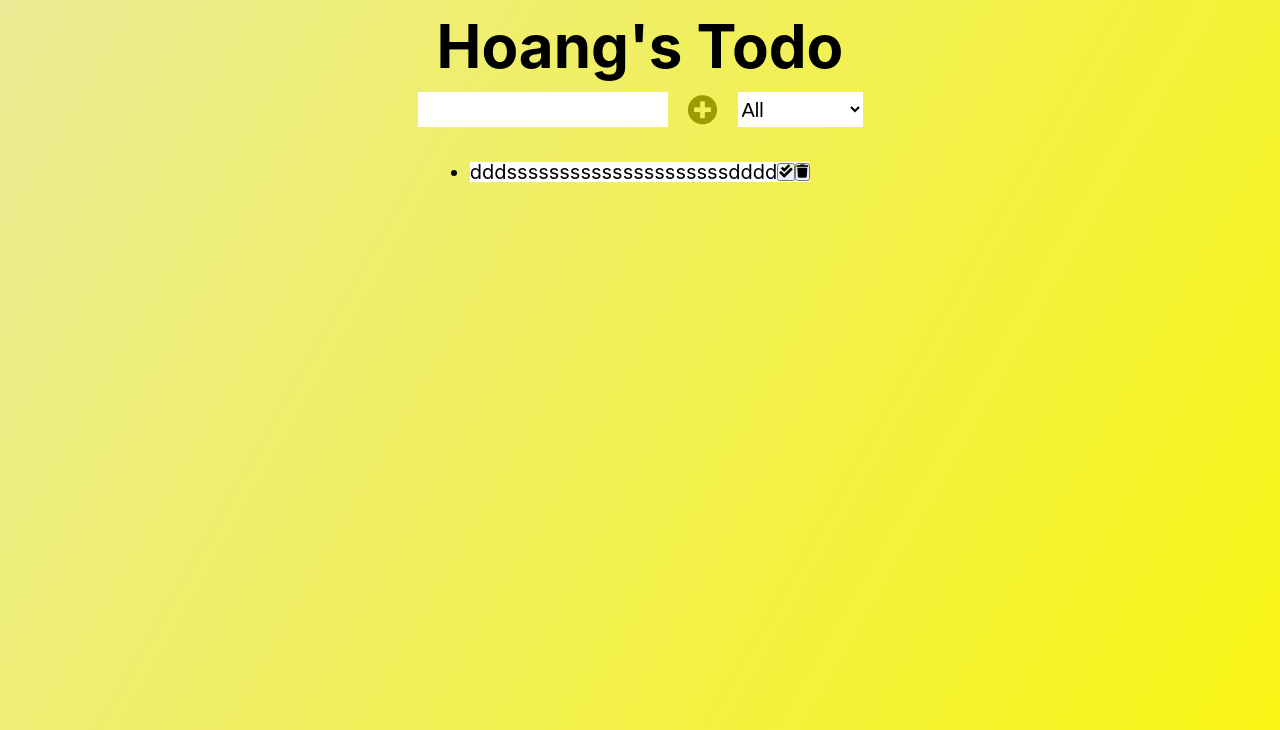
Repository: DinhHoang0607/TodoReact
Page: /
These files come from the project's save history. The page is drawn as it stood at one moment and after a run of saves; the edit follows.
The browser window is 1280 px wide. The pictures show the whole page.
Some web libraries are served in a nearby version. The project was rebuilt for these pictures with package versions that can differ from the ones it lists, and the page was loaded fresh each time.

Above is the page before, as saved 2021-09-11 21:25:23.

After the next 2 saves:
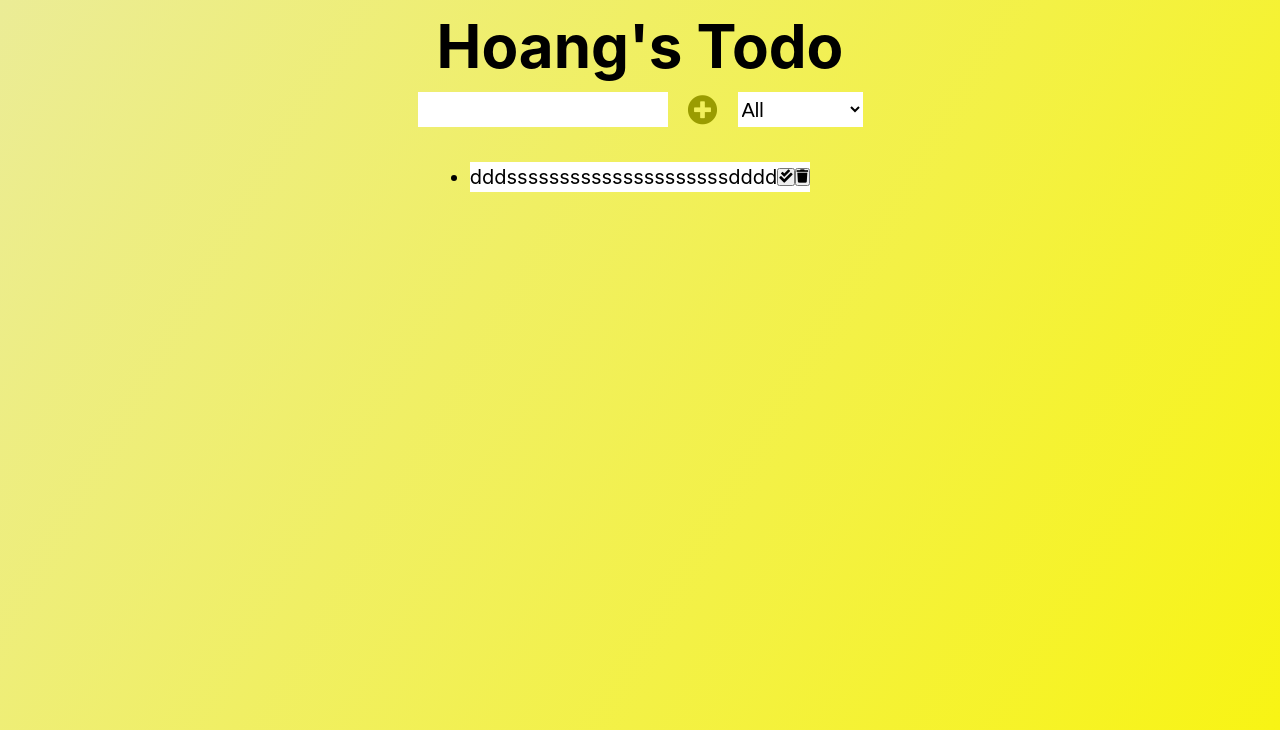
The 2 saves are shown as one change because they came seconds apart.
The last was saved 7 s later.
--- a/src/App.css
+++ b/src/App.css
@@ -85,7 +85,7 @@ option {
   justify-content: space-between;
   align-items: center;
   float: left;
-  height: 2rem;
+  height: 3rem;
 }
 .fa-check-double,
 .fa-trash {
